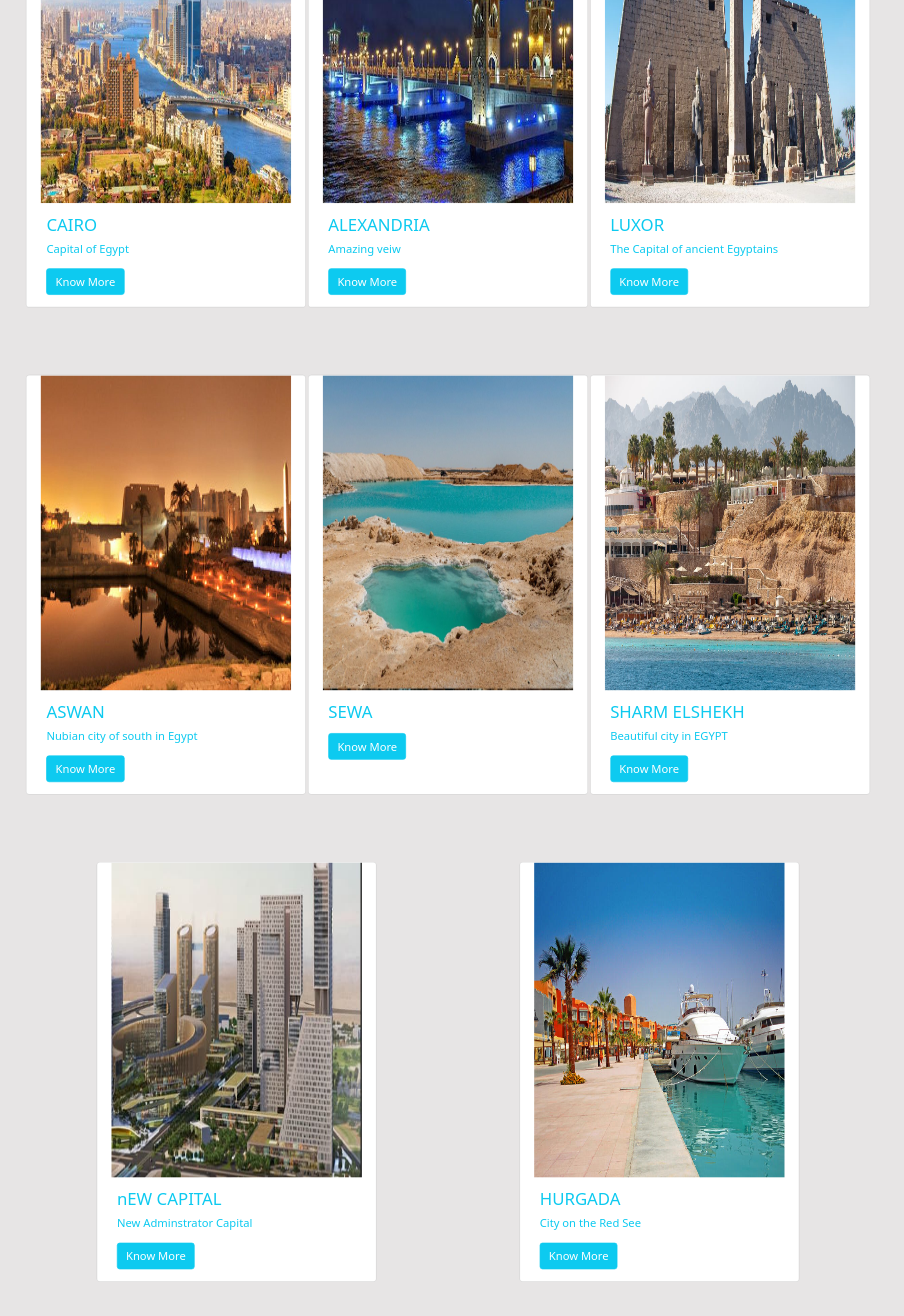
Repository: Ahmed123rezk123/P-temp
Page: index.html
An editor plug-in stored every save of this project. The page is shown before and after a run of saves, followed by the edit.
The browser window is 1280 px wide. The page is 1292 px wide, so the pictures cover 1292 px, including what lies to the right of the window. The pictures show the part of the page from y = 3805 to 5685 px (the page is 5685 px tall), at 70% of full size.
Backgrounds fixed to the window are drawn as part of the page.

Above is the page before, as saved 2024-02-18 11:46:01.

After the next 2 saves:
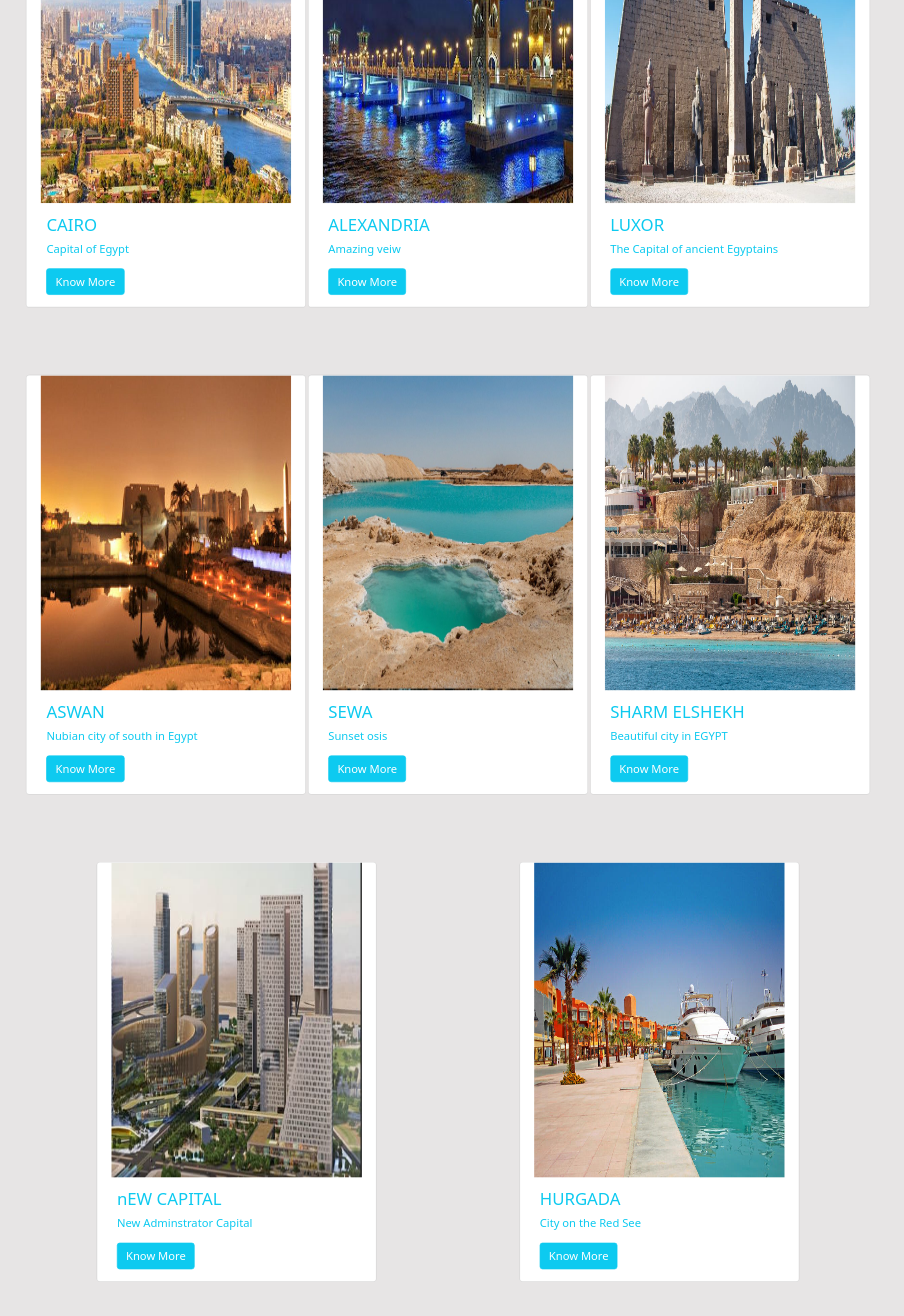
The 2 saves are shown as one change because they came seconds apart.
The last was saved 26 s later.
--- a/index.html
+++ b/index.html
@@ -409,7 +409,7 @@
         <img class="card-img-top rounded-top img-fluid ps-2 pe-2 " style="height: 450px;" src="images/visit3(sewa).png" alt="Card image">
         <div class="card-body">
           <h4 class="card-title text-info">SEWA</h4>
-          <p class="card-text text-info"></p>
+          <p class="card-text text-info">Sunset osis</p>
           <a href="#" class=" btn btn-info text-white">Know More</a>
         </div>
       </div>
